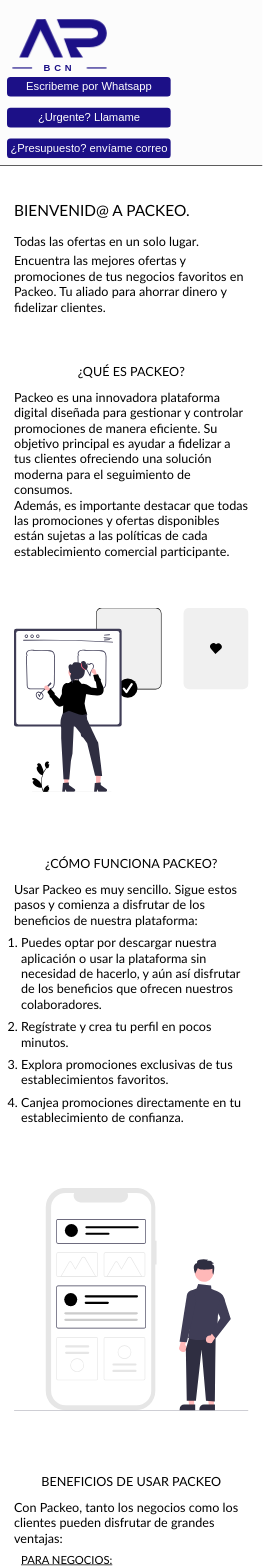
Repository: alupvcbarcelona/alupvcbarcelona-front
Page: /
An editor plug-in stored every save of this project. The page is shown before and after the next save, followed by the edit.
The browser window is 375 px wide. The pictures show the part of the page from y = 0 to 2240 px (the page is 3124 px tall before and 3042 px after), at 70% of full size.
The page's requests for data from a server got no answer. The project was rebuilt for these pictures with package versions that can differ from the ones it lists, and the page was loaded fresh each time. No one was signed in, and anything a server would have sent is missing. Also part of the build but not shown: vite.config.js, src/reducers/partner.reducer/partner.action.js, src/views/Pack/utils/content.js, src/views/Pack/Pack.css, src/views/Pack/Pack.jsx, src/views/404/utils.js, src/views/404/NotFound.css, src/views/404/NotFound.jsx and 6 more.

Above is the page before, as saved 2026-07-24 09:54:46.

After the next save:
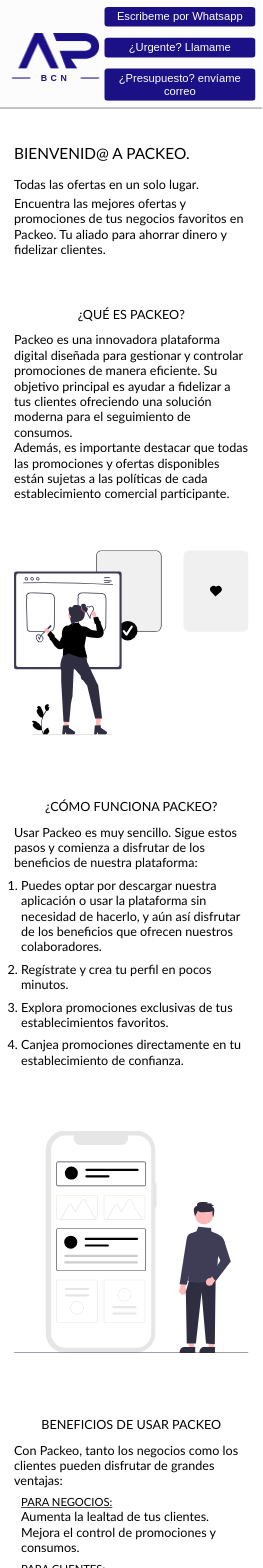
Saved 45 s later.
--- a/src/components/Header/Header.css
+++ b/src/components/Header/Header.css
@@ -6,23 +6,23 @@
   padding: 10px;
   display: flex;
   justify-content: space-between;
-  flex-wrap: wrap;
   align-items: center;
   border-bottom: 1px solid black;
   z-index: 20;
+
 }
 
 .header__content-action {
   display: flex;
   flex-direction: column;
-  gap:1rem;
+  gap: 1rem;
 }
 
 .header__link-active {
   text-decoration: line-through;
 }
 
-.header__content-logo > button {
+.header__content-logo>button {
   font-size: var(--p-font-size-xl);
   font-weight: 800;
 }
@@ -31,19 +31,19 @@
   width: 100%;
 }
 
-.header__content-navbar > ul {
+.header__content-navbar>ul {
   width: 100%;
   display: flex;
   justify-content: space-evenly;
   padding: 10px 10px;
 }
 
-.header__content-navbar > ul > li {
+.header__content-navbar>ul>li {
   cursor: pointer;
 }
 
-.header__content-navbar > ul > li > a,
-.header__content-navbar > ul > li {
+.header__content-navbar>ul>li>a,
+.header__content-navbar>ul>li {
   display: flex;
   gap: 5px;
   text-transform: capitalize;
@@ -51,7 +51,7 @@
   align-items: center;
 }
 
-.header__links > a {
+.header__links>a {
   font-weight: 300;
   color: var(--p-text-primary);
 }
@@ -89,6 +89,11 @@
 }
 
 @media (max-width: 509px) {
+  .header_container {
+    flex-wrap: wrap;
+    jus tify-content: center;
+  }
+
   .header__content-navbar {
     display: none;
   }
@@ -97,7 +102,7 @@
     display: flex;
   }
 
-  .header__menu-icon > img {
+  .header__menu-icon>img {
     pointer-events: all !important;
   }
 
@@ -110,7 +115,7 @@
     transition: all 0.2s ease;
   }
 
-  .header__content-nav-mobile > ul {
+  .header__content-nav-mobile>ul {
     position: absolute;
     width: 100%;
     height: 100svh;
@@ -122,17 +127,17 @@
     align-items: center;
     transition: all 0.2s ease-in-out;
     left: 0;
-    top:81px;
+    top: 81px;
   }
 
-  .header__content-nav-mobile > ul > li {
+  .header__content-nav-mobile>ul>li {
     width: 100%;
     height: auto;
     padding: 10px 0;
   }
 
-  .header__content-nav-mobile > ul > li > a,
-  .header__content-nav-mobile > ul > li {
+  .header__content-nav-mobile>ul>li>a,
+  .header__content-nav-mobile>ul>li {
     display: flex;
     gap: 5px;
     text-transform: capitalize;
